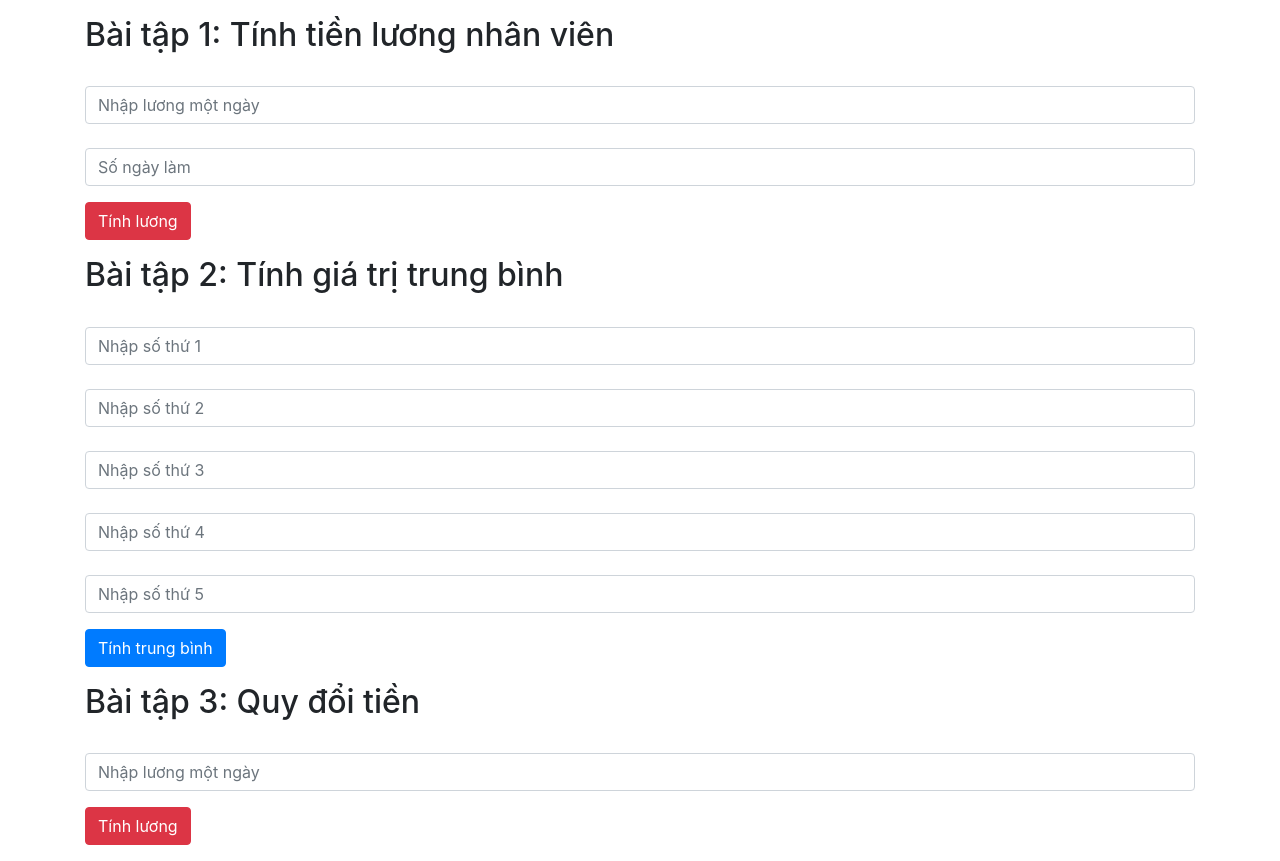
Repository: thanhfrankie/BC10-LeMinhThanh-Js-b2-3
Page: index.html
These files come from the project's save history. The page is drawn as it stood at one moment and after a run of saves; the edit follows.
The browser window is 1280 px wide. The pictures show the whole page.

Above is the page before, as saved 2023-12-15 15:41:44.

### index.html
<!DOCTYPE html>
<html lang="en">
  <head>
    <title>Title</title>
    <!-- Required meta tags -->
    <meta charset="utf-8" />
    <meta
      name="viewport"
      content="width=device-width, initial-scale=1, shrink-to-fit=no"
    />

    <!-- Bootstrap CSS -->
    <link
      rel="stylesheet"
      href="https://stackpath.bootstrapcdn.com/bootstrap/4.3.1/css/bootstrap.min.css"
      integrity="sha384-ggOyR0iXCbMQv3Xipma34MD+dH/1fQ784/j6cY/iJTQUOhcWr7x9JvoRxT2MZw1T"
      crossorigin="anonymous"
    />
  </head>
  <body>
    <!-- Bài tập 1 -->
    <div class="container">
      <h2 class="mt-3">Bài tập 1: Tính tiền lương nhân viên</h2>
      <div class="form-group">
        <label for="luong-mot-ngay"></label>
        <input
          type="number"
          class="form-control"
          name=""
          id="luong-mot-ngay"
          aria-describedby="helpId"
          placeholder="Nhập lương một ngày"
          required
        />
        <label for="so-ngay-lam"></label>
        <input
          type="number"
          class="form-control"
          name=""
          id="so-ngay-lam"
          aria-describedby="helpId"
          placeholder="Số ngày làm"
          required
        />
        <button type="button" onclick="tinhLuong()" class="btn btn-danger mt-3">
          Tính lương
        </button>
      </div>
      <h2 id="luong-nhan-duoc"></h2>
    </div>
    <!-- Bài tập 2 -->
    <div class="container">
      <div class="form-group">
        <h2>Bài tập 2: Tính giá trị trung bình</h2>
        <label for="so-thu-1"></label>
        <input
          type="number"
          class="form-control"
          name=""
          id="so-thu-1"
          aria-describedby="helpId"
          placeholder="Nhập số thứ 1"
          required
        />
        <label for="so-thu-2"></label>
        <input
          type="number"
          class="form-control"
          name=""
          id="so-thu-2"
          aria-describedby="helpId"
          placeholder="Nhập số thứ 2"
          required
        />
        <label for="so-thu-3"></label>
        <input
          type="number"
          class="form-control"
          name=""
          id="so-thu-3"
          aria-describedby="helpId"
          placeholder="Nhập số thứ 3"
          required
        />
        <label for="so-thu-4"></label>
        <input
          type="number"
          class="form-control"
          name=""
          id="so-thu-4"
          aria-describedby="helpId"
          placeholder="Nhập số thứ 4"
          required
        />
        <label for="so-thu-5"></label>
        <input
          type="number"
          class="form-control"
          name=""
          id="so-thu-5"
          aria-describedby="helpId"
          placeholder="Nhập số thứ 5"
          required
        />
        <button type="button" onclick="tinhTrungBinh()" class="btn btn-primary mt-3">
          Tính trung bình
        </button>
        <h2 id="ket-qua"></h2>
      </div>
    </div>
    <!-- Bài tập 3
     -->

     <div class="container">
      <h2 class="mt-3">Bài tập 3: Quy đổi tiền</h2>
      <div class="form-group">
        <label for="luong-mot-ngay"></label>
        <input
          type="number"
          class="form-control"
          name=""
          id="luong-mot-ngay"
          aria-describedby="helpId"
          placeholder="Nhập lương một ngày"
          required
        />

        <button type="button" onclick="tinhLuong()" class="btn btn-danger mt-3">
          Tính lương
        </button>
      </div>
      <h2 id="luong-nhan-duoc"></h2>
    </div>
    <!-- Optional JavaScript -->
    <!-- jQuery first, then Popper.js, then Bootstrap JS -->
    <script
      src="https://code.jquery.com/jquery-3.3.1.slim.min.js"
      integrity="sha384-q8i/X+965DzO0rT7abK41JStQIAqVgRVzpbzo5smXKp4YfRvH+8abtTE1Pi6jizo"
      crossorigin="anonymous"
    ></script>
    <script
      src="https://cdnjs.cloudflare.com/ajax/libs/popper.js/1.14.7/umd/popper.min.js"
      integrity="sha384-UO2eT0CpHqdSJQ6hJty5KVphtPhzWj9WO1clHTMGa3JDZwrnQq4sF86dIHNDz0W1"
      crossorigin="anonymous"
    ></script>
    <script
      src="https://stackpath.bootstrapcdn.com/bootstrap/4.3.1/js/bootstrap.min.js"
      integrity="sha384-JjSmVgyd0p3pXB1rRibZUAYoIIy6OrQ6VrjIEaFf/nJGzIxFDsf4x0xIM+B07jRM"
      crossorigin="anonymous"
    ></script>
    <script src="./index.js"></script>
  </body>
</html>

### index.js
// Bài tập 1
/**
 * B1: tạo biến, lấy giá trị từ input
 * B2: Tính lương
 * + tạo biến để tính lương: lương 1 ngày * số ngày làm
 * + gán sự kiện click cho button
 * B3: hiển thị kết quả
 */
function tinhLuong() {
  // B1:
  var luongMotNgay = document.getElementById("luong-mot-ngay").value;
  var soNgayLam = document.getElementById("so-ngay-lam").value;
  // B2, B3:
  var luongNhanDuoc = document.getElementById("luong-nhan-duoc");
  luongNhanDuoc.innerText = luongMotNgay * soNgayLam;
}
// Bài tập 2
/**
 * B1: tạo biến, lấy giá trị từ input
 * B2: Tính giá trị trung bình
 * + tạo biến để tính giá trị trung bình: tổng các giá trị đã nhập / số giá trị đã nhập
 * + gán sự kiện click cho button
 * B3: hiển thị kết quả
 */
function tinhTrungBinh() {
    var soThu1 = document.getElementById("so-thu-1").value  *1
    var soThu2 = document.getElementById("so-thu-2").value  *1
    var soThu3 = document.getElementById("so-thu-3").value *1
    var soThu4 = document.getElementById("so-thu-4").value *1
    var soThu5 = document.getElementById("so-thu-5").value *1

    var trungBinh =   (soThu1 + soThu2 + soThu3 + soThu4 + soThu5) /5
    var ketQua = document.getElementById("ket-qua")
    ketQua.innerText = trungBinh
}

After the next 2 saves:
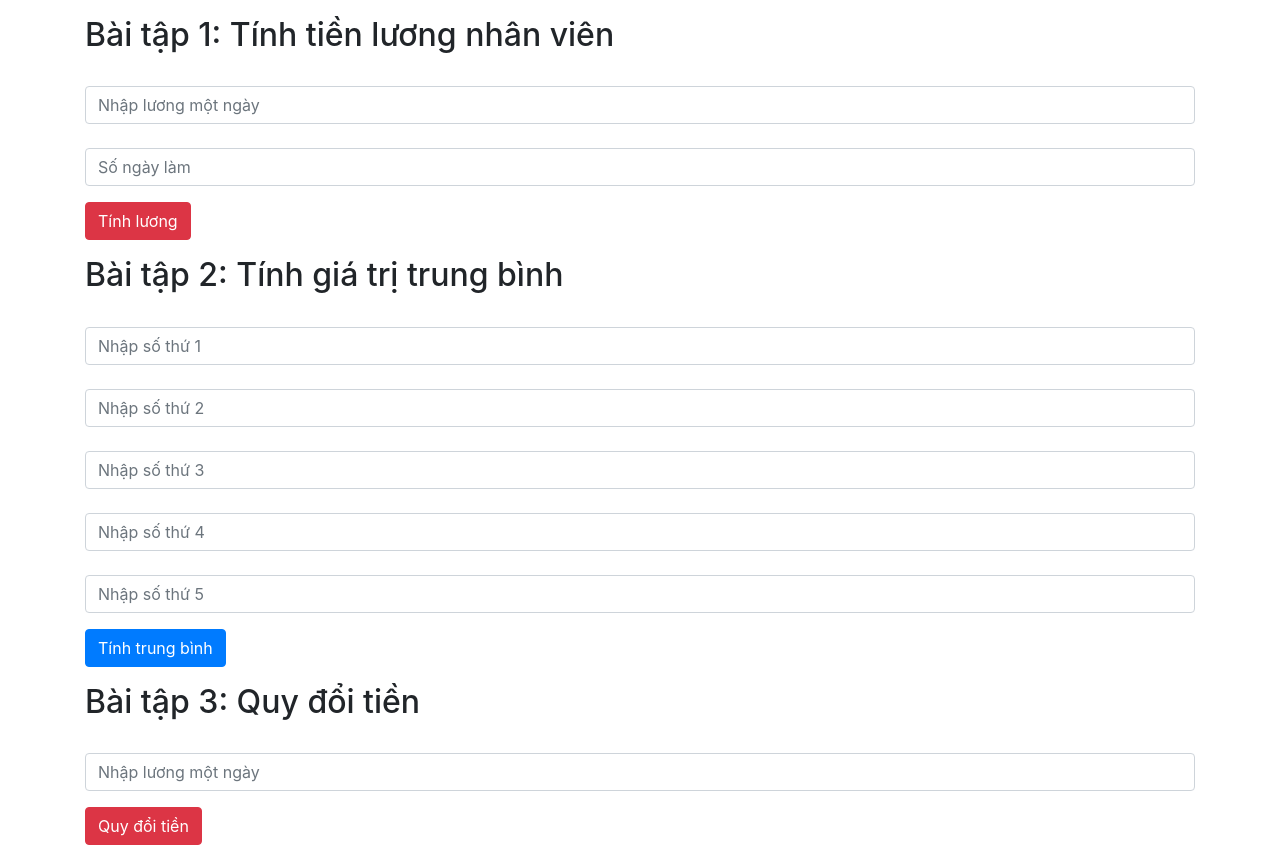
The 2 saves are shown as one change because they came seconds apart.
The last was saved 73 s later.
--- a/index.html
+++ b/index.html
@@ -108,8 +108,7 @@
         <h2 id="ket-qua"></h2>
       </div>
     </div>
-    <!-- Bài tập 3
-     -->
+    <!-- Bài tập 3-->
 
      <div class="container">
       <h2 class="mt-3">Bài tập 3: Quy đổi tiền</h2>
@@ -126,7 +125,7 @@
         />
 
         <button type="button" onclick="tinhLuong()" class="btn btn-danger mt-3">
-          Tính lương
+         Quy đổi tiền
         </button>
       </div>
       <h2 id="luong-nhan-duoc"></h2>
